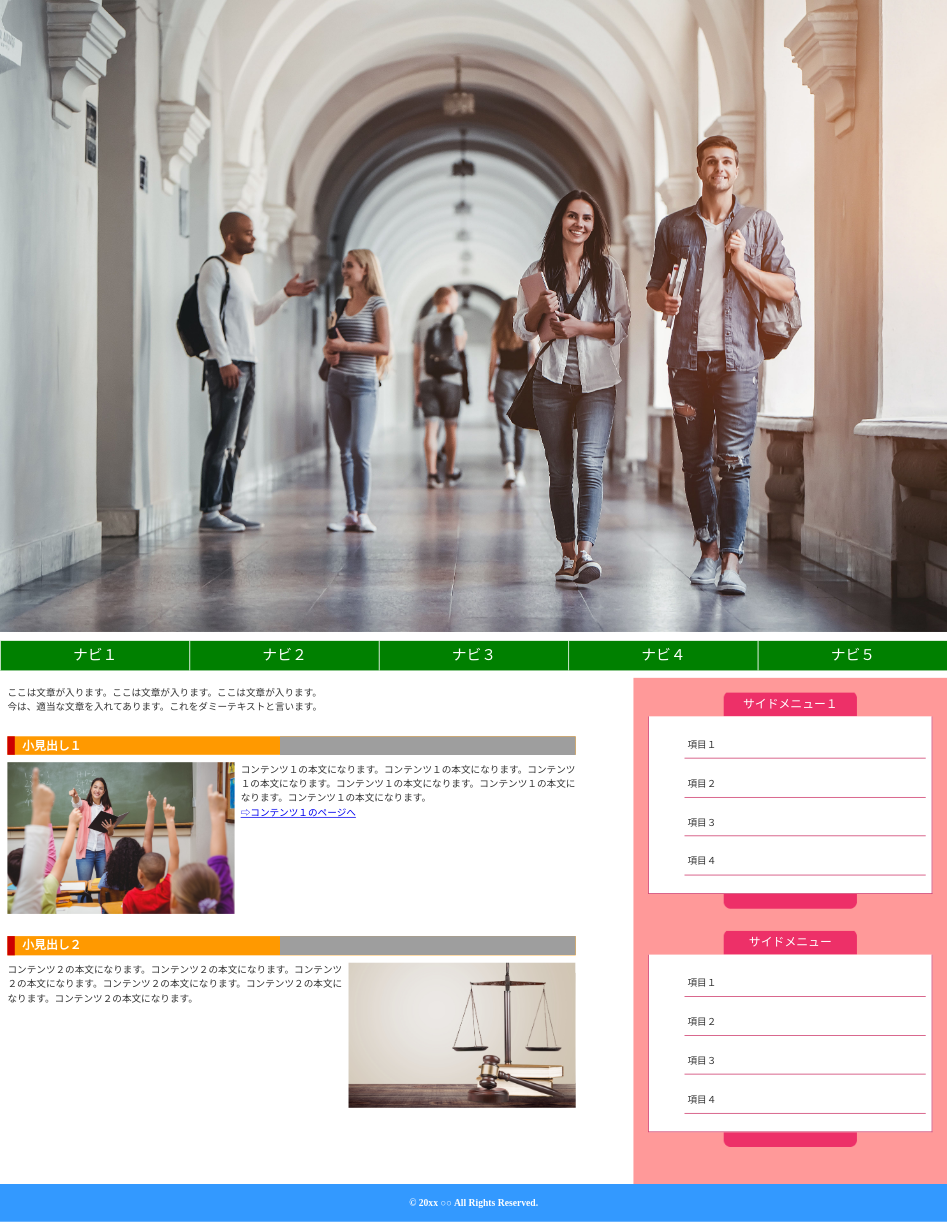
Repository: Aishu0905/samurai_HTML-CSS
Page: samurai/home.html
The author's editor kept a record of every edit. The page is drawn from the files as they stood at one moment, then again after the next edit.
The browser window is 1280 px wide. The pictures show the whole page, at 74% of full size.
The pointer rests on the first visible `#side .box .boxbody ul li`.
Pictures or frames that could not be fetched are drawn as grey boxes.

Above is the page before.

### samurai/home.html
<!DOCTYPE html>
<html lang="ja">
<head>
    <meta charset="UTF-8">
    <title>HTML/CSSの学習</title>
    <link rel="stylesheet" href="stylesheet.css">
</head>
<body>
    <div id="header">
    <h1><a href="index.html"><img id="corridor" src="images/corridor.jpg" alt="大学の廊下" /></a></h1>
    </div>
    <div id="wrapper">
        <div id="nav">
            <ul>
                <li><a href="home.html">ナビ１</a></li>
                <li><a href="#">ナビ２</a></li>
                <li><a href="#">ナビ３</a></li>
                <li><a href="#">ナビ４</a></li>
                <li><a href="#">ナビ５</a></li>
            </ul>
        </div>
    </div>
    <div id="container">
        <div id="main">
            <div class="post">
                <p>ここは文章が入ります。ここは文章が入ります。ここは文章が入ります。<br />今は、適当な文章を入れてあります。これをダミーテキストと言います。</p>
            </div>
            <div class="post clearfix">
                <h2>小見出し１</h2>
                <img class="left" src="images/classroom.jpeg" alt="授業風景" />
                <p>コンテンツ１の本文になります。コンテンツ１の本文になります。コンテンツ１の本文になります。コンテンツ１の本文になります。コンテンツ１の本文になります。コンテンツ１の本文になります。
                </p>
                <p><a href="#">⇨コンテンツ１のページへ</a></p>
            </div>
            <div class="post clearfix">
                <h2>小見出し２</h2>
                <img class="right" src="images/scale.jpeg" alt="天秤" />
                <p>
                    コンテンツ２の本文になります。コンテンツ２の本文になります。コンテンツ２の本文になります。コンテンツ２の本文になります。コンテンツ２の本文になります。コンテンツ２の本文になります。
                </p>
            </div>
        </div>
            <div id="side">
                <div class="box">
                    <h2>サイドメニュー１</h2>
                    <div class="boxbody">
                        <ul>
                            <li>項目１</li>
                            <li>項目２</li>
                            <li>項目３</li>
                            <li>項目４</li>
                        </ul>
                    </div>
                </div>
                <div class="box">
                    <h2>サイドメニュー</h2>
                    <div class="boxbody">
                        <ul>
                            <li>項目１</li>
                            <li>項目２</li>
                            <li>項目３</li>
                            <li>項目４</li>
                        </ul>
                    </div>
                </div>
            </div>
    </div>

    <div id="footer">
        <p>&copy; 20xx ○○ All Rights Reserved.</p>
        </div>
</body>
</html>

### samurai/stylesheet.css
@charset"UTF-8";

body{
    margin: 0;
    padding: 0;
    font-family: "ヒラギノ角ゴ pro W3","hiragino kaku Gothic Pro","メイリオ" Meiryo, Osaka, "MS Pゴシック","MS PGothic", sans-serif;
    color: #333;
    font-size: 13px;
    line-height: 150%;
}

#wrapper{
    width: 100%;
    margin: auto;
    padding: 0px;
    border: 0px;
    background-color: #FFF;
    top: 10px;
    position: relative;
}

#header{
    width:100%;
}
#header h1{
    margin:0;
    padding:0;
}
#corridor{
    width:100%;
    height:auto;
}

#footer{
    clear: both;
    width: 100%;
    padding: 3px 0 3px 0;
    background: #39F;
    color: #FFF;
    font-weight: bold;
    text-align: center;
}

#nav{
    width:100%;
}
#nav ul{
    margin: 0;
    padding: 0;
    list-style-type: none;
}
#nav ul li{
    float: left;
    width: 20%;
    text-align: center;
}
#nav ul li a {
	 display: block;
	 height: 20px;
	 margin: 0;
	 padding: 10px;
	 color: #FFF;
	 font-size: 20px;
	 text-decoration: none;
	 background-color: green;
     border-left: 1px solid white;
 }
 #nav ul li a:hover{
     filter:drop-shadow(10px 10px 10px black);
 }

 #container{
     width:100%;
     margin:auto;
     padding:auto;
     padding-top: 20px;
     clear:both;
 }

 #main{
     float:left;
     width:60%;
     padding:10px 30px 10px 10px;
 }
 #main h2{
     margin:0 0 10px 0;
     padding:3px 10px 3px 10px;
     color:#FFF;
     font-size:16px;
     border-left:solid 10px #C00;
     background:#F90 url(../images/main_h2.jpeg) right top repeat-y;
 }
 #main p{
     margin:0;
     padding:0;
 }
 #main .post{
     margin:0 0 30px 0;
 }
 #main .post img.right{
     margin:0 0 0 8px;
 }
 #main .post img.left{
     margin:0 8px 0 0;
 }
 .right{
     float:right;
     width:40%;
     height:auto;
 }
 .left{
     float:left;
     width:40%;
     height: auto;
 }

 .clearfix{
     zoom: 1;
 }
 .clearfix:after{
     content:"";
     display:block;
     clear:both;
 }

 #side{
     float:right;
     width:30%;
     padding:20px;
     background-color:#F99;
 }
 #side .box{
     margin: 0 auto 30px auto;
     padding: 0 0 20px 0;
     background: url(images/side_box.png) bottom no-repeat;
 }
 #side .box h2{
     margin:0;
     padding:8px;
     text-align:center;
     color:#fff;
     font-size:16px;
     line-height:16px;
     font-weight:normal;
     background:url(images/side_box_h2.png) center no-repeat;
 }
 #side .box .boxbody{
     padding:8px;
     border-right:solid 1px #c36;
     border-bottom:solid 1px #c36;
     border-left:solid 1px #c36;
     background:#fff;
 }
 #side .box .boxbody ul li{
     margin:0 0 16px 0;
     padding:0;
 }
 #side .box .boxbody ul li{
     padding:8px 0 8px 4px;
     list-style:none;
     border-bottom:solid 1px #c36;
 }

After the next edit:
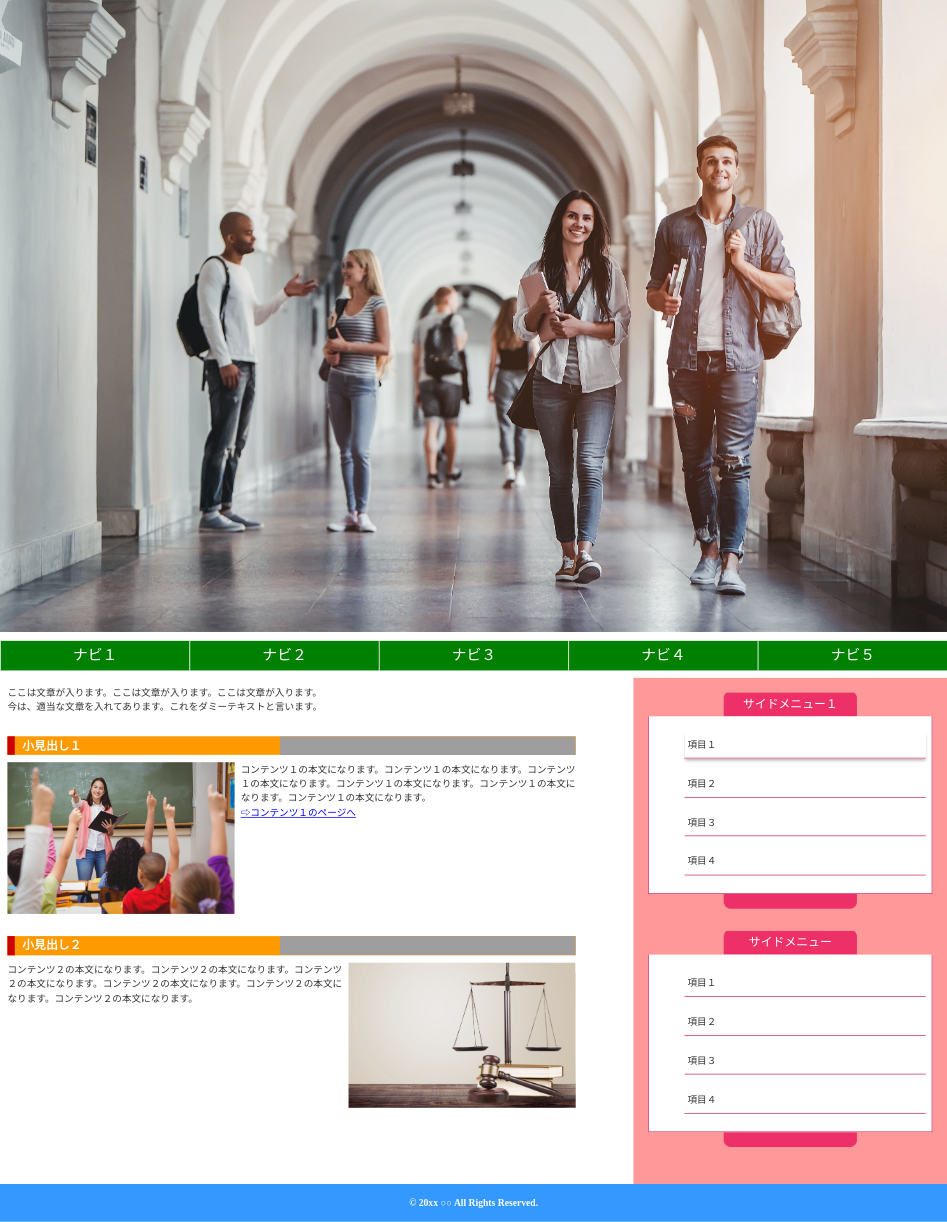
The edit:
--- a/samurai/stylesheet.css
+++ b/samurai/stylesheet.css
@@ -160,3 +160,9 @@
      list-style:none;
      border-bottom:solid 1px #c36;
  }
+ #side .box .boxbody ul li:hover{
+     padding:8px 0 8px 4px;
+     list-style:none;
+     border-bottom:solid 1px #c36;
+     box-shadow:0px 4px 4px rgba(0,0,0,0.3);
+ }
